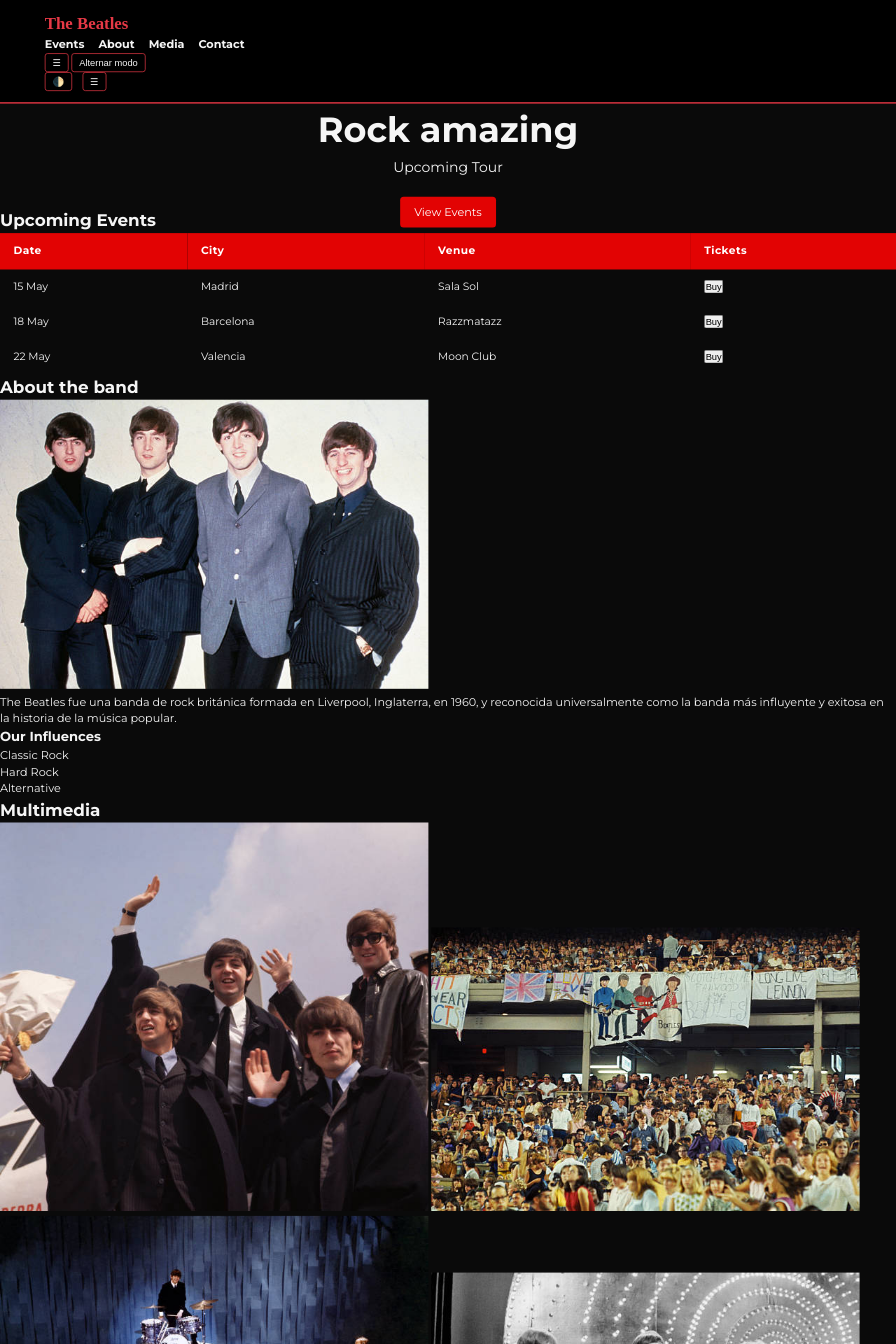
Repository: keiner-dev/Prueba_Desempe-o
Page: index.html
An editor plug-in stored every save of this project. The page is shown before and after a run of saves, followed by the edit.
The browser window is 1280 px wide. The pictures show the part of the page from y = 0 to 1920 px (the page is 2744 px tall before and 2747 px after), at 70% of full size.
Some web fonts or font styles are not loaded; a fallback is used.

Above is the page before, as saved 2026-04-27 14:43:58.

### index.html
<!DOCTYPE html>
<html lang="en">
<head>
    <meta charset="UTF-8">
    <meta name="viewport" content="width=device-width, initial-scale=1.0">
    <title>The Beatles</title>
    <link href="https://fonts.googleapis.com/css2?family=Montserrat:wght@400;700;900&family=Rock+Salt&display=swap" rel="stylesheet">
    <link rel="stylesheet" href="styles.css">
    <script src="script.js"></script>
</head>
<body>
    <header class="header">
        <div class="container_header__inner">
            <div class="logo">
                <span class="logo">The Beatles</span>
        </div>
            </div>

            <nav class="nav">
            <nav class="nav" id="main-nav">
                <ul class="nav_list">
                    <li><a href="#events">Events</a></li>
                    <li><a href="#about">About</a></li>
                    <li><a href="#media">Media</a></li>
                    <li><a href="#contact">Contact</a></li>
                </ul>
            </nav>

            <button class="menu-toggle">☰</button>
            <button class="alternarModo">Alternar modo</button>
            <div class="header_actions">
                <button class="alternarModo" aria-label="Toggle Theme">🌓</button>
                <button class="menu-toggle" id="mobile-menu-btn">☰</button>
            </div>
        </div>
    </header>

    <main>
        <!--hero-->
        <section class="hero">
            <div class="hero_overlay">
                <h2>Rock amazing</h2>
                <p>Upcoming Tour</p>
                <a href="#events" class="btn">View Events</a>
            </div>
        </section>

        <section id="events" class="events_container">
            <h2>Upcoming Events</h2>

            <table class="events__table">
                <thead>
                    <tr>
                        <th>Date</th>
                        <th>City</th>
                        <th>Venue</th>
                        <th>Tickets</th>
                    </tr>
                </thead>
                <tbody>
                    <tr>
                        <td>15 May</td>
                        <td>Madrid</td>
                        <td>Sala Sol</td>
                        <td><button>Buy</button></td>
                    </tr>
                    <tr>
                        <td>18 May</td>
                        <td>Barcelona</td>
                        <td>Razzmatazz</td>
                        <td><button>Buy</button></td>
                    </tr>
                    <tr>
                        <td>22 May</td>
                        <td>Valencia</td>
                        <td>Moon Club</td>
                        <td><button>Buy</button></td>
                    </tr>
                </tbody>
            </table>
        </section>

        <!--About-->
        <section id="about" class="about_container">
        <section id="about" class="about_container reveal">
            <h2>About the band</h2>

            <div class="about_content">
                <img src="./assets/img/beatles.jpg" alt="the beatles">

                <article>
                    <p>
                        The Beatles fue una banda de rock británica formada en Liverpool, Inglaterra, en 1960, y reconocida universalmente como la banda más influyente y exitosa en la historia de la música popular.
                    </p>

                    <h3>Our Influences</h3>
                    <ul>
                        <li>Classic Rock</li>
                        <li>Hard Rock</li>
                        <li>Alternative</li>
                    </ul>
                </article>
            </div>
        </section>

        <!--Media-->
        <section id="media" class="media_container">
        <section id="media" class="media_container reveal">
            <h2>Multimedia</h2>

            <div class="media_grid">
                <img src="./assets/img/img-1.jpg" alt="">
                <img src="./assets/img/img-2.jpg" alt="">
                <img src="./assets/img/img-3.jpg" alt="">
                <img src="./assets/img/img-4.jpg" alt="">
                <img src="./assets/img/img-5.jpg" alt="">
                <img src="./assets/img/img-6.jpg" alt="">
            </div>
        </section>
    </main>

    <!--Footer-->
    <footer id="contact" class="footer">
        <div class="container_footer">
            <p>© <span id="year"></span> The Beatles</p>

            <ul class="social">
                <li><a href="#">Instagram</a></li>
                <li><a href="#">Youtube</a></li>
                <li><a href="#">Spotify</a></li>
            </ul>
        </div>
    </footer>
    <script src="script.js"></script>
</body>
</html>

### styles.css
/* General Variables */
:root {
    --primary-color: #e63946;
    --bg-dark: #0a0a0a;
    --bg-light: #1a1a1a;
    --text-light: #f5f5f5;
    --accent-color: #e20303;
}

* {
    margin: 0;
    padding: 0;
    box-sizing: border-box;
}

body {
    font-family: 'Montserrat', sans-serif;
    background-color: var(--bg-dark);
    color: var(--text-light);
    line-height: 1.5;
    overflow-x: hidden;
    transition: var(--transition);
}

/* Header & Nav */
.header {
    background-color: #000;
    padding: 1rem 5%;
    position: sticky;
    top: 0;
    z-index: 1000;
    border-bottom: 2px solid var(--primary-color);
}

.container_header__inner {
    display: flex;
    justify-content: space-between;
    align-items: center;
}

.logo {
    font-family: 'Rock Salt', cursive;
    font-size: 1.5rem;
    font-weight: bold;
    color: var(--primary-color);
}

.header_actions {
    display: flex;
    gap: 15px;
    align-items: center;
}

.alternarModo, .menu-toggle {
    background: none;
    border: 1px solid var(--primary-color);
    color: var(--text-light);
    padding: 5px 10px;
    cursor: pointer;
    border-radius: 4px;
}

.nav_list {
    display: flex;
    list-style: none;
    gap: 20px;
}

.nav_list a {
    text-decoration: none;
    color: var(--text-light);
    font-weight: 600;
    transition: var(--transition);
}

.nav_list a:hover {
    color: var(--accent-color);
}

.hero_overlay h2{
    font-size: 50px;
    font-weight: 30px;
    text-align: center;
}

.hero_overlay p {
    font-size: 20px;
    text-align: center;
}

.hero_overlay a {
    text-align: center;
    background-color: #e20303;
    color: #fff;
    padding: 10px 20px;
    border-radius: 5px;
    text-decoration: none;
    display: inline-block;
    transition: var(--transition);
}

section .btn {
    position: relative;
    top: 50px;
    left: 50%;
    transform: translate(-50%, -50%);
    color: white;
    text-align: center;
}

.events__table {
    width: 100%;
    border-collapse: collapse;
    font-size: 0.95rem;
    min-width: 550px;

}

.events__table thead{
    background-color: #e20303;
    color: white;
    text-align: left;
}

.events__table th {
    padding: 0.9rem 1.2rem;
    text-align: left;
    font-weight: 700;
    letter-spacing: 0.04rem;
}

.events__table td {
    padding: 0.85rem 1.2rem;
    border-bottom: 1;
}

### script.js
document.addEventListener('DOMContentLoaded', () => {
    // 1. Dynamic Year
    const yearSpan = document.getElementById('year');
    if (yearSpan) yearSpan.textContent = new Date().getFullYear();

    // 2. Mobile Menu Toggle
    const menuBtn = document.getElementById('mobile-menu-btn');
    const nav = document.getElementById('main-nav');

    menuBtn.addEventListener('click', () => {
        nav.classList.toggle('active');
        menuBtn.textContent = nav.classList.contains('active') ? '✕' : '☰';
    });

    // 3. Dark/Light Mode Toggle
    const modeBtn = document.querySelector('.alternarModo');
    modeBtn.addEventListener('click', () => {
        document.body.classList.toggle('light-mode');
    });

    // 4. Scroll Reveal Animation
    const reveals = document.querySelectorAll('.reveal');
    const revealOnScroll = () => {
        reveals.forEach(el => {
            const windowHeight = window.innerHeight;
            const elementTop = el.getBoundingClientRect().top;
            const elementVisible = 150;
            if (elementTop < windowHeight - elementVisible) {
                el.classList.add('active');
            }
        });
    };
    window.addEventListener('scroll', revealOnScroll);
    revealOnScroll(); // Initial check

    // 5. Buy buttons interaction
    const buyButtons = document.querySelectorAll('.events__table button');
    buyButtons.forEach(btn => btn.addEventListener('click', () => alert('Redirecting to ticket office...')));
});

After the next 3 saves:
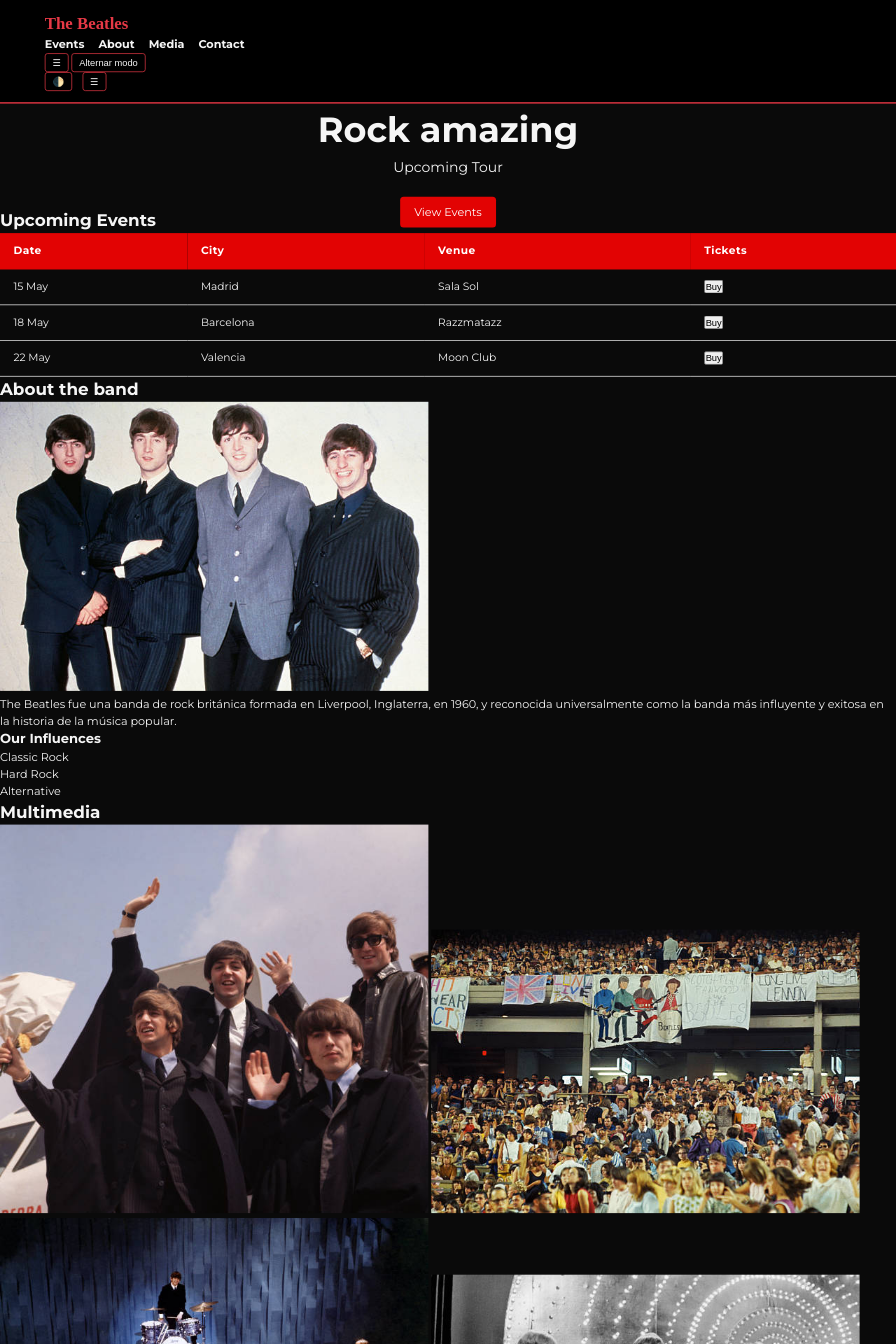
The 3 saves are shown as one change because they came seconds apart.
The last was saved 9 s later.
--- a/styles.css
+++ b/styles.css
@@ -131,5 +131,5 @@
 
 .events__table td {
     padding: 0.85rem 1.2rem;
-    border-bottom: 1;
+    border-bottom: 1px solid ;
 }
